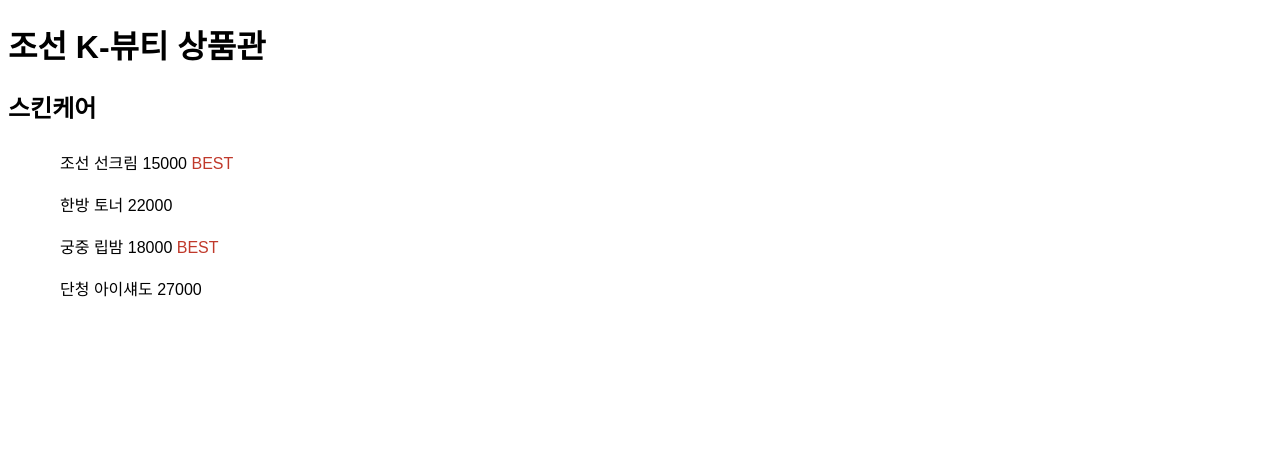
Repository: sanghui4542-ship-it/workspace_jquery
Page: jQuery/src/main/webapp/01문서객체선택자와조작법/result1.html
The author's editor kept a copy of each file at every save. The page is drawn from the files as they stood at one save, then again after the next save.
The browser window is 1280 px wide. The pictures show the whole page.

Above is the page before, as saved 2026-07-06 01:41:25.

### jQuery/src/main/webapp/01문서객체선택자와조작법/result1.html
<!DOCTYPE html>
<html>
		<head>
			<meta charset="UTF-8">
			  <title>Insert title here</title>
		<!-- JQuery 문법 사용을 위한 CDN 주소 작성 -->
		<script src="https://code.jquery.com/jquery-latest.min.js"></script>

		<style>
			body { font-family: sans-serif;}
			ul	 { list-style: none; }
			.item {padding: 6px; margin: 6px;}
			.badge {color:#c0392b;}
			.price::afer {content:"원";}
		</style>
		</head>
	<body>
		<h1>조선 K-뷰티 상품관</h1>

		<div id="shop">
			<section class="category">
				<h2 class="cat-title">스킨케어</h2>
				<ul>
					<li class="item best">
						<span class="name">조선 선크림</span>
						<span class="price">15000</span>
						<span class="badge">BEST</span>
					</li>
					<li class="item best">
						<span class="name">한방 토너</span>
						<span class="price">22000</span>
					</li>
					<li class="item best">
						<span class="name">궁중 립밤</span>
						<span class="price">18000</span>
						<span class="badge">BEST</span>
					</li>
					<li class="item best">
						<span class="name">단청 아이섀도</span>
						<span class="price">27000</span>
					</li>
				</ul>
			</section>
		</div>





	</body>
</html>

After the next save:
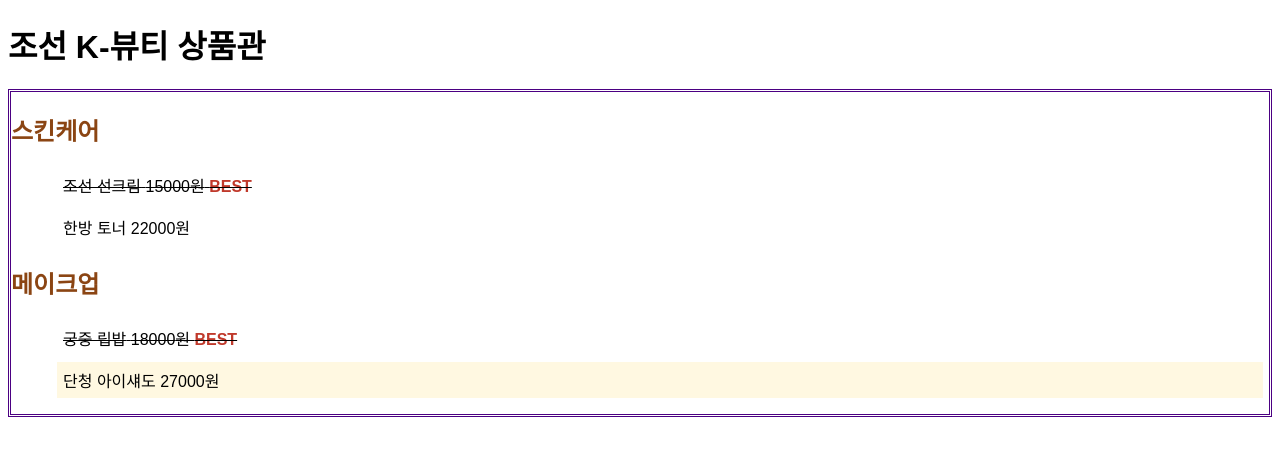
Saved 7 min 17 s later.
--- a/jQuery/src/main/webapp/01문서객체선택자와조작법/result1.html
+++ b/jQuery/src/main/webapp/01문서객체선택자와조작법/result1.html
@@ -1,19 +1,22 @@
 <!DOCTYPE html>
 <html>
-		<head>
-			<meta charset="UTF-8">
-			  <title>Insert title here</title>
-		<!-- JQuery 문법 사용을 위한 CDN 주소 작성 -->
+	<head>
+		<meta charset="UTF-8">
+		<title>Insert title here</title>
+
+
+		<!-- JQuery 문법 사용을 위한 CDN 주소  -->
 		<script src="https://code.jquery.com/jquery-latest.min.js"></script>
 
 		<style>
-			body { font-family: sans-serif;}
-			ul	 { list-style: none; }
-			.item {padding: 6px; margin: 6px;}
-			.badge {color:#c0392b;}
-			.price::afer {content:"원";}
+			body { font-family: sans-serif; }
+			ul   { list-style: none;   }
+			.item {  padding: 6px; margin: 6px; }
+			.badge { color:#c0392b; }
+			.price::after {content:"원";}
 		</style>
-		</head>
+
+	</head>
 	<body>
 		<h1>조선 K-뷰티 상품관</h1>
 
@@ -26,16 +29,21 @@
 						<span class="price">15000</span>
 						<span class="badge">BEST</span>
 					</li>
-					<li class="item best">
+					<li class="item">
 						<span class="name">한방 토너</span>
 						<span class="price">22000</span>
 					</li>
+				</ul>
+			</section>
+			<section class="category">
+				<h2 class="cat-title">메이크업</h2>
+				<ul>
 					<li class="item best">
-						<span class="name">궁중 립밤</span>
+						<span class="name">궁중 립밥</span>
 						<span class="price">18000</span>
 						<span class="badge">BEST</span>
 					</li>
-					<li class="item best">
+					<li class="item soldout">
 						<span class="name">단청 아이섀도</span>
 						<span class="price">27000</span>
 					</li>
@@ -43,7 +51,47 @@
 			</section>
 		</div>
 
+		<script type="text/javascript">
 
+			$(function(){
+				/*
+					[요소명 선택자]
+					->  $("요소명")  :  해당 요소 전부 선택
+				*/
+				//1. 모든 <h2> 선택  -> 제목 색 갈색
+				$("h2").css("color","#8b4513");
+
+				/*
+					[종속 선택자]
+					-> $("요소명.class값")  : 요소 중 class값과 일치하는 요소 최종 선택
+				*/
+				//2. <li> 중 class="best" 인것만 선택 -> 취소선 설정
+				$("li.best").css("text-decoration", "line-through");
+
+				//3. <li> 중 class="soldout" 인것만 선택 -> 배경 연노랑 설정
+				$("li.soldout").css("background-color", "#fff8e1");
+
+
+				/*
+					[그룹 선택자 ,]
+					-> $("선택자1, 선택자2")   :  여러 선택자1 선택자2 작성방법으로 여러요소 다중 선택
+				*/
+				//4. 배지  +  제목 과 함께 선택 -> 굵게 설정
+				$(".badge, .cat-title").css("font-weight","bold");
+
+				/*
+					[아이디 선택자 #]
+					-> $("#아이디값")   :  id 일치 요소 1개 선택
+				*/
+				//5. <div id="shop">...</div> 선택 -> 전체 바깥테두리 선 설정
+				$("#shop").css("border","3px double #4b0082");
+
+
+			});
+
+
+
+		</script>
 
 
 
